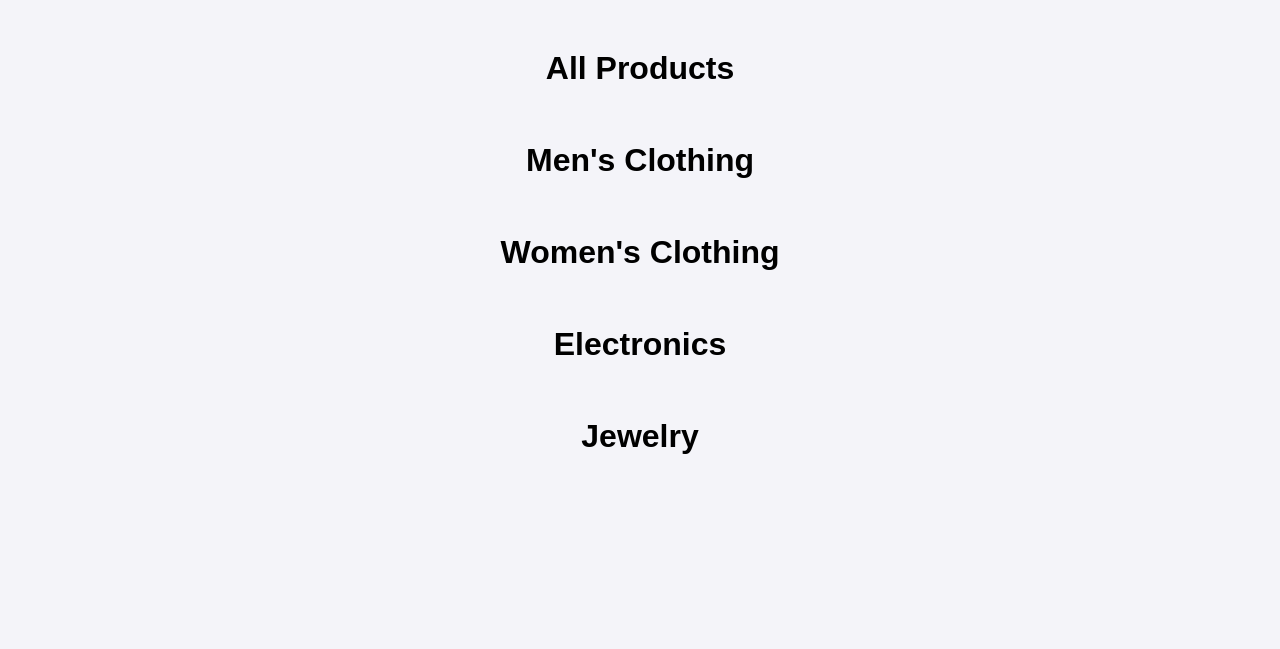
Repository: binhphanbp/ECMAScript_WEB501_WD20301
Page: class_LePhatHien/lesson4/index.html
These files come from the project's save history. The page is drawn as it stood at one moment and after the next save; the edit follows.
The browser window is 1280 px wide. The pictures show the whole page.
The page's requests for data from a server got no answer.

Above is the page before, as saved 2025-09-22 15:35:59.

After the next save:
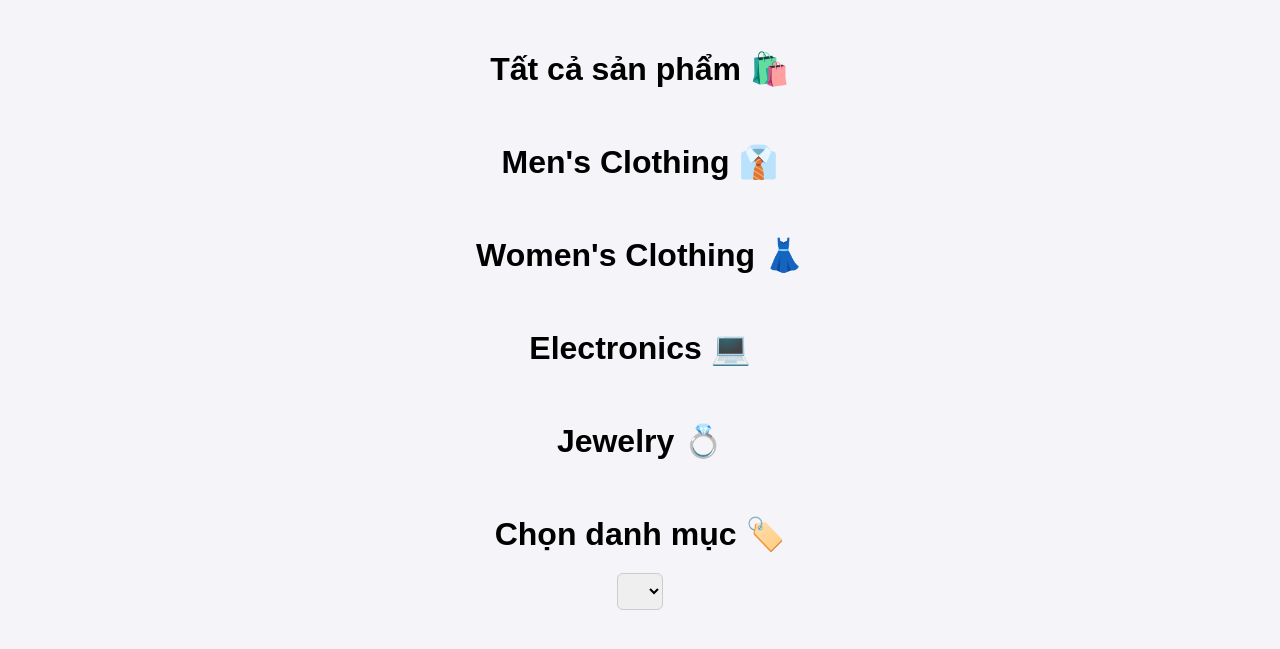
Saved 13 min 44 s later.
--- a/class_LePhatHien/lesson4/index.html
+++ b/class_LePhatHien/lesson4/index.html
@@ -19,7 +19,7 @@
 
       .product-list {
         display: grid;
-        grid-template-columns: repeat(auto-fill, minmax(350px, 1fr));
+        grid-template-columns: repeat(auto-fill, minmax(220px, 1fr));
         gap: 20px;
         margin-bottom: 40px;
       }
@@ -69,58 +69,115 @@
         height: 50px;
         overflow: hidden;
       }
+
+      .category-select {
+        display: flex;
+        justify-content: center;
+        margin: 20px 0;
+      }
+
+      select {
+        padding: 8px 12px;
+        font-size: 16px;
+        border-radius: 6px;
+        border: 1px solid #ccc;
+      }
     </style>
   </head>
   <body>
-    <h1>All Products</h1>
+    <h1>Tất cả sản phẩm 🛍️</h1>
     <div class="product-list" id="allProducts"></div>
 
-    <h1>Men's Clothing</h1>
+    <h1>Men's Clothing 👔</h1>
     <div class="product-list" id="menClothing"></div>
 
-    <h1>Women's Clothing</h1>
+    <h1>Women's Clothing 👗</h1>
     <div class="product-list" id="womenClothing"></div>
 
-    <h1>Electronics</h1>
+    <h1>Electronics 💻</h1>
     <div class="product-list" id="electronics"></div>
 
-    <h1>Jewelry</h1>
+    <h1>Jewelry 💍</h1>
     <div class="product-list" id="jewelery"></div>
 
+    <!-- Section chọn danh mục -->
+    <h1>Chọn danh mục 🏷️</h1>
+    <div class="category-select">
+      <select id="categorySelect"></select>
+    </div>
+    <div class="product-list" id="categoryProducts"></div>
+
     <script>
-      const renderProducts = async (containerId, category = null) => {
+      // Hàm render sản phẩm
+      async function renderProducts(containerId, category = null) {
         try {
           const response = await fetch('https://fakestoreapi.com/products');
           const products = await response.json();
+
           const container = document.getElementById(containerId);
+          container.innerHTML = ''; // clear cũ khi reload
 
           const filteredProducts = category
-            ? products.filter((product) => product.category === category)
+            ? products.filter((p) => p.category === category)
             : products;
 
           filteredProducts.forEach((product) => {
-            const productCard = document.createElement('div');
-            productCard.className = 'product-card';
+            const card = document.createElement('div');
+            card.className = 'product-card';
 
-            productCard.innerHTML = `
+            card.innerHTML = `
               <img src="${product.image}" alt="${product.title}" />
               <div class="product-title">${product.title}</div>
               <div class="product-price">$${product.price}</div>
               <div class="product-desc">${product.description}</div>
             `;
 
-            container.appendChild(productCard);
+            container.appendChild(card);
           });
         } catch (error) {
           console.error('Lỗi khi tải sản phẩm:', error);
         }
-      };
+      }
 
+      // Hàm load danh mục cho dropdown
+      async function loadCategories() {
+        try {
+          const response = await fetch(
+            'https://fakestoreapi.com/products/categories'
+          );
+          const categories = await response.json();
+
+          const select = document.getElementById('categorySelect');
+
+          // Thêm option cho dropdown
+          categories.forEach((cat) => {
+            const option = document.createElement('option');
+            option.value = cat;
+            option.textContent = cat.charAt(0).toUpperCase() + cat.slice(1);
+            select.appendChild(option);
+          });
+
+          // Mặc định hiển thị danh mục đầu tiên
+          renderProducts('categoryProducts', categories[0]);
+
+          // Bắt sự kiện khi chọn danh mục
+          select.addEventListener('change', (e) => {
+            renderProducts('categoryProducts', e.target.value);
+          });
+        } catch (error) {
+          console.error('Lỗi khi tải danh mục:', error);
+        }
+      }
+
+      // Render các section cố định
       renderProducts('allProducts');
       renderProducts('menClothing', "men's clothing");
       renderProducts('womenClothing', "women's clothing");
       renderProducts('electronics', 'electronics');
       renderProducts('jewelery', 'jewelery');
+
+      // Load section có dropdown
+      loadCategories();
     </script>
   </body>
 </html>

After the save that followed:
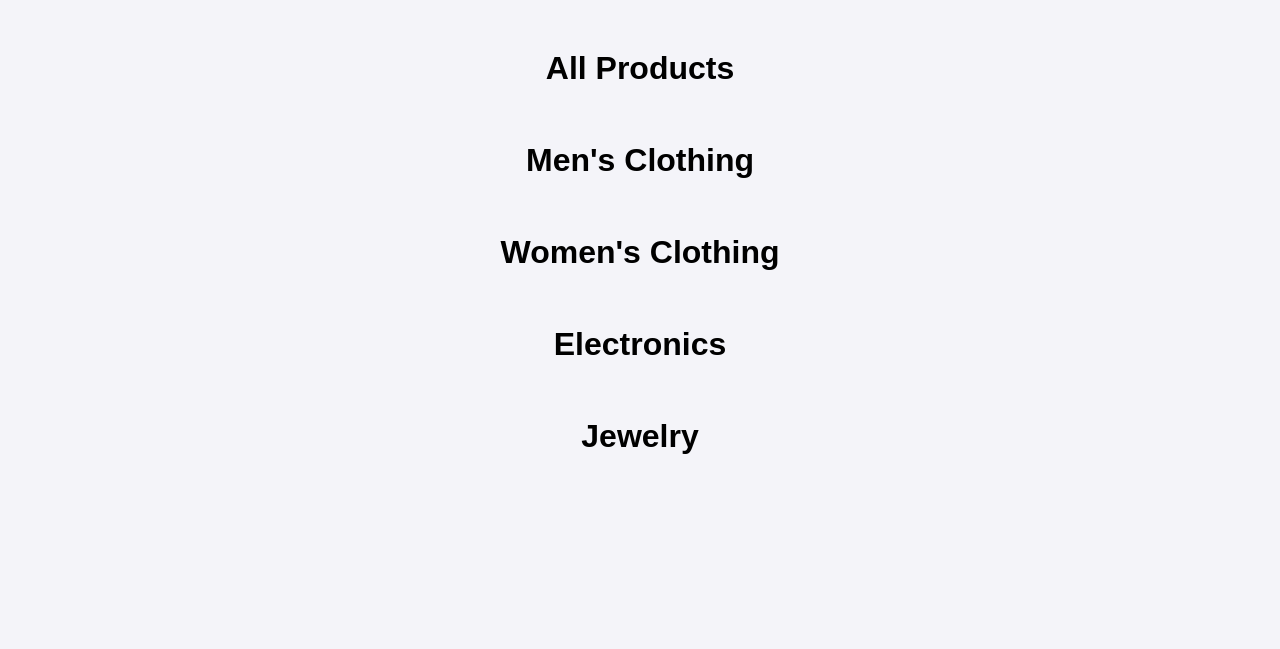
Saved 12 s later.
--- a/class_LePhatHien/lesson4/index.html
+++ b/class_LePhatHien/lesson4/index.html
@@ -19,7 +19,7 @@
 
       .product-list {
         display: grid;
-        grid-template-columns: repeat(auto-fill, minmax(220px, 1fr));
+        grid-template-columns: repeat(auto-fill, minmax(350px, 1fr));
         gap: 20px;
         margin-bottom: 40px;
       }
@@ -69,115 +69,58 @@
         height: 50px;
         overflow: hidden;
       }
-
-      .category-select {
-        display: flex;
-        justify-content: center;
-        margin: 20px 0;
-      }
-
-      select {
-        padding: 8px 12px;
-        font-size: 16px;
-        border-radius: 6px;
-        border: 1px solid #ccc;
-      }
     </style>
   </head>
   <body>
-    <h1>Tất cả sản phẩm 🛍️</h1>
+    <h1>All Products</h1>
     <div class="product-list" id="allProducts"></div>
 
-    <h1>Men's Clothing 👔</h1>
+    <h1>Men's Clothing</h1>
     <div class="product-list" id="menClothing"></div>
 
-    <h1>Women's Clothing 👗</h1>
+    <h1>Women's Clothing</h1>
     <div class="product-list" id="womenClothing"></div>
 
-    <h1>Electronics 💻</h1>
+    <h1>Electronics</h1>
     <div class="product-list" id="electronics"></div>
 
-    <h1>Jewelry 💍</h1>
+    <h1>Jewelry</h1>
     <div class="product-list" id="jewelery"></div>
 
-    <!-- Section chọn danh mục -->
-    <h1>Chọn danh mục 🏷️</h1>
-    <div class="category-select">
-      <select id="categorySelect"></select>
-    </div>
-    <div class="product-list" id="categoryProducts"></div>
-
     <script>
-      // Hàm render sản phẩm
-      async function renderProducts(containerId, category = null) {
+      const renderProducts = async (containerId, category = null) => {
         try {
           const response = await fetch('https://fakestoreapi.com/products');
           const products = await response.json();
-
           const container = document.getElementById(containerId);
-          container.innerHTML = ''; // clear cũ khi reload
 
           const filteredProducts = category
-            ? products.filter((p) => p.category === category)
+            ? products.filter((product) => product.category === category)
             : products;
 
           filteredProducts.forEach((product) => {
-            const card = document.createElement('div');
-            card.className = 'product-card';
+            const productCard = document.createElement('div');
+            productCard.className = 'product-card';
 
-            card.innerHTML = `
+            productCard.innerHTML = `
               <img src="${product.image}" alt="${product.title}" />
               <div class="product-title">${product.title}</div>
               <div class="product-price">$${product.price}</div>
               <div class="product-desc">${product.description}</div>
             `;
 
-            container.appendChild(card);
+            container.appendChild(productCard);
           });
         } catch (error) {
           console.error('Lỗi khi tải sản phẩm:', error);
         }
-      }
+      };
 
-      // Hàm load danh mục cho dropdown
-      async function loadCategories() {
-        try {
-          const response = await fetch(
-            'https://fakestoreapi.com/products/categories'
-          );
-          const categories = await response.json();
-
-          const select = document.getElementById('categorySelect');
-
-          // Thêm option cho dropdown
-          categories.forEach((cat) => {
-            const option = document.createElement('option');
-            option.value = cat;
-            option.textContent = cat.charAt(0).toUpperCase() + cat.slice(1);
-            select.appendChild(option);
-          });
-
-          // Mặc định hiển thị danh mục đầu tiên
-          renderProducts('categoryProducts', categories[0]);
-
-          // Bắt sự kiện khi chọn danh mục
-          select.addEventListener('change', (e) => {
-            renderProducts('categoryProducts', e.target.value);
-          });
-        } catch (error) {
-          console.error('Lỗi khi tải danh mục:', error);
-        }
-      }
-
-      // Render các section cố định
       renderProducts('allProducts');
       renderProducts('menClothing', "men's clothing");
       renderProducts('womenClothing', "women's clothing");
       renderProducts('electronics', 'electronics');
       renderProducts('jewelery', 'jewelery');
-
-      // Load section có dropdown
-      loadCategories();
     </script>
   </body>
 </html>
